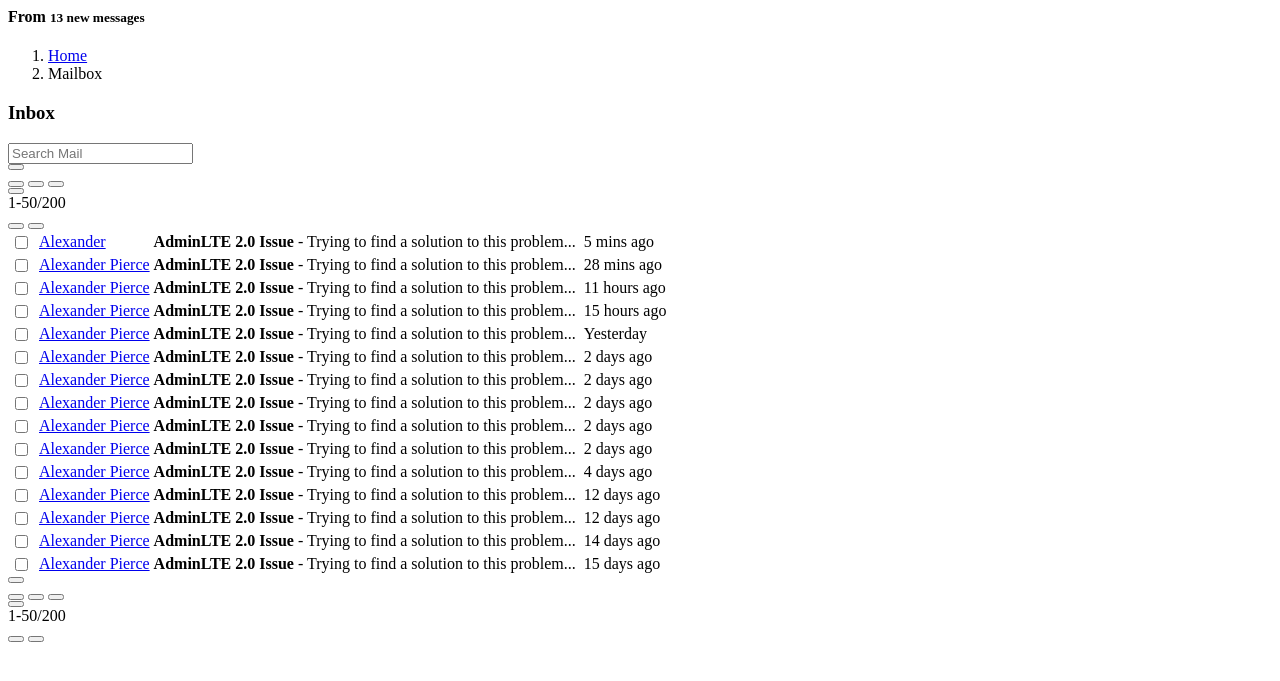
Repository: ITpatrick1/Accommodation-System
Page: http://localhost/guest/inbox.php
The author's editor kept a copy of each file at every save. The page is drawn from the files as they stood at one save, then again after a run of saves.
The browser window is 1280 px wide. The pictures show the whole page.
The page is run by PHP 8.4 with error messages shown; the project is at /var/www/html/.

Above is the page before, as saved 2024-08-19 00:28:40.

After the next 5 saves:
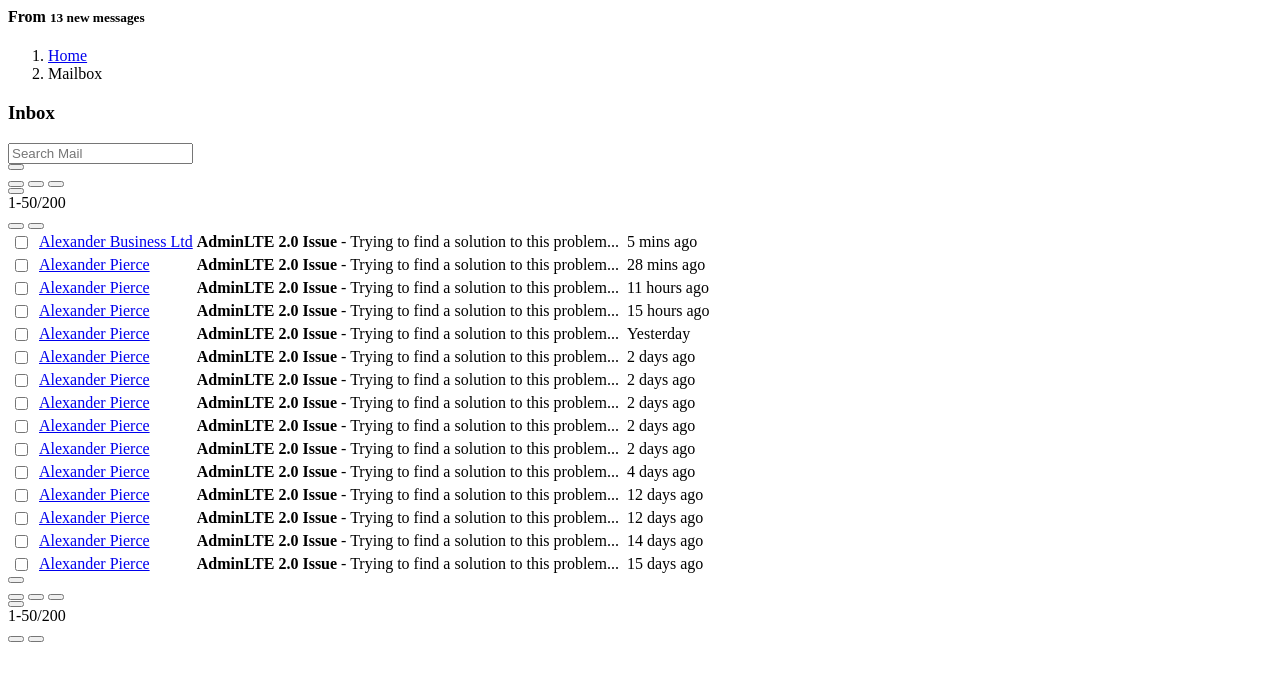
The 5 saves are shown as one change because they came seconds apart.
The last was saved 14 s later.
--- a/guest/inbox.php
+++ b/guest/inbox.php
@@ -58,7 +58,7 @@
                   <tr>
                     <td><input type="checkbox"></td>
                     <td class="mailbox-star"><a href="#"><i class="fa fa-star text-yellow"></i></a></td>
-                    <td class="mailbox-name"><a href="read-mail.html">Alexander </a></td>
+                    <td class="mailbox-name"><a href="read-mail.html">Alexander Business Ltd</a></td>
                     <td class="mailbox-subject"><b>AdminLTE 2.0 Issue</b> - Trying to find a solution to this problem...
                     </td>
                     <td class="mailbox-attachment"></td>
